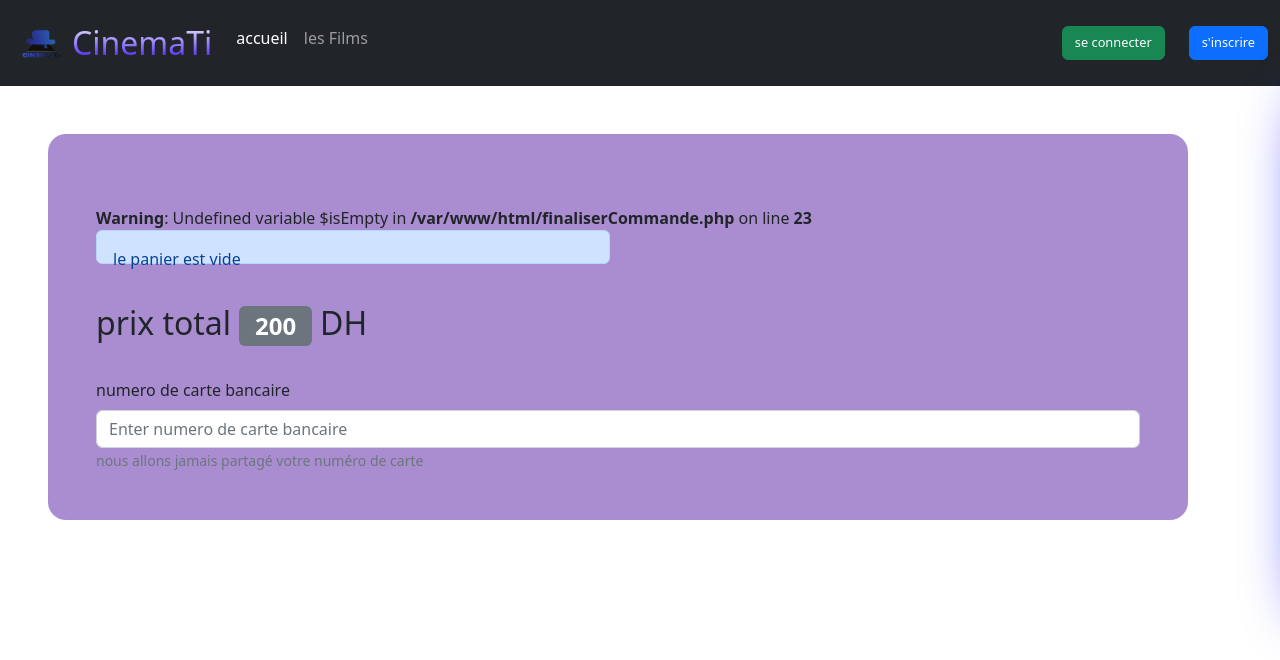
Repository: ahmed-rabah/cinemaMiniProject
Page: http://localhost/finaliserCommande.php
An editor plug-in stored every save of this project. The page is shown before and after the next save, followed by the edit.
The browser window is 1280 px wide. The pictures show the whole page.
The page is run by PHP 8.4 with error messages shown; the project is at /var/www/html/.

Above is the page before, as saved 2023-01-12 12:57:37.
Console error: TypeError: Cannot read properties of null (reading 'addEventListener')

After the next save:
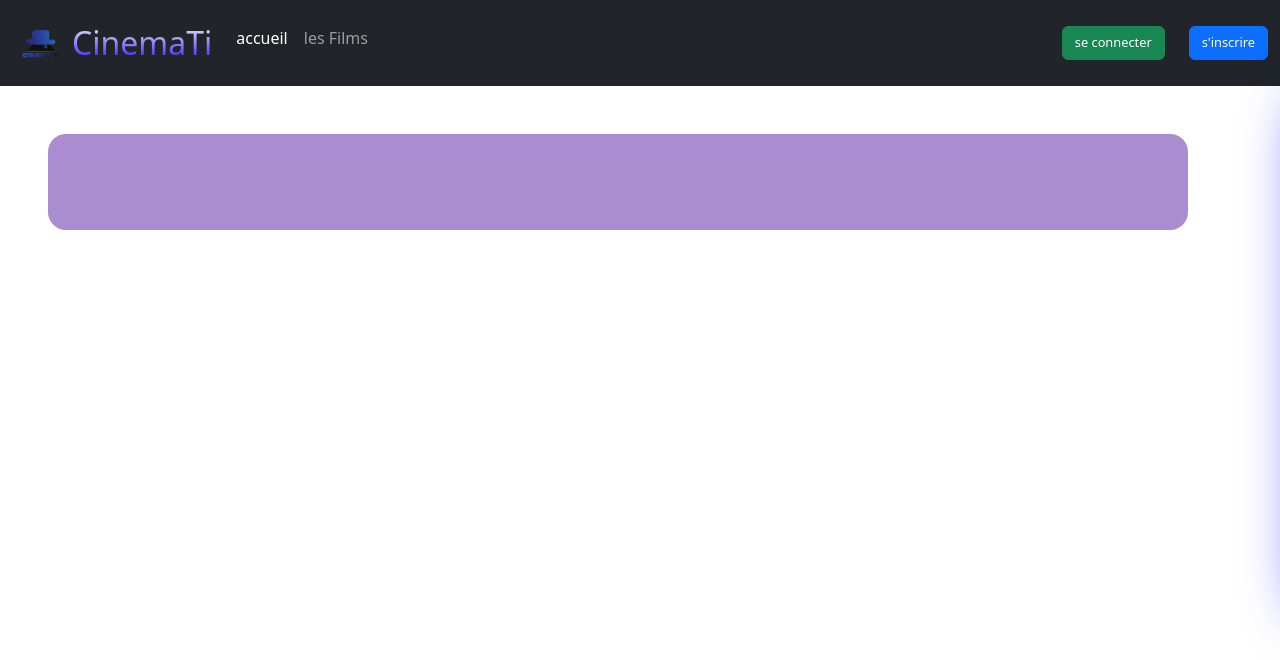
Saved 13 s later.
--- a/finaliserCommande.php
+++ b/finaliserCommande.php
@@ -20,7 +20,7 @@
 
     </header>
     <main class="container">
-        <?php if(!$isEmpty){ ?>
+        <?php if(!$isEmptyCart){ ?>
         <section class="" id="cartContainer"></section>
         <h2>prix total <span class="badge bg-secondary">200</span> DH</h2>
         <form action="./functions/commanderProcess.php" method="post">
